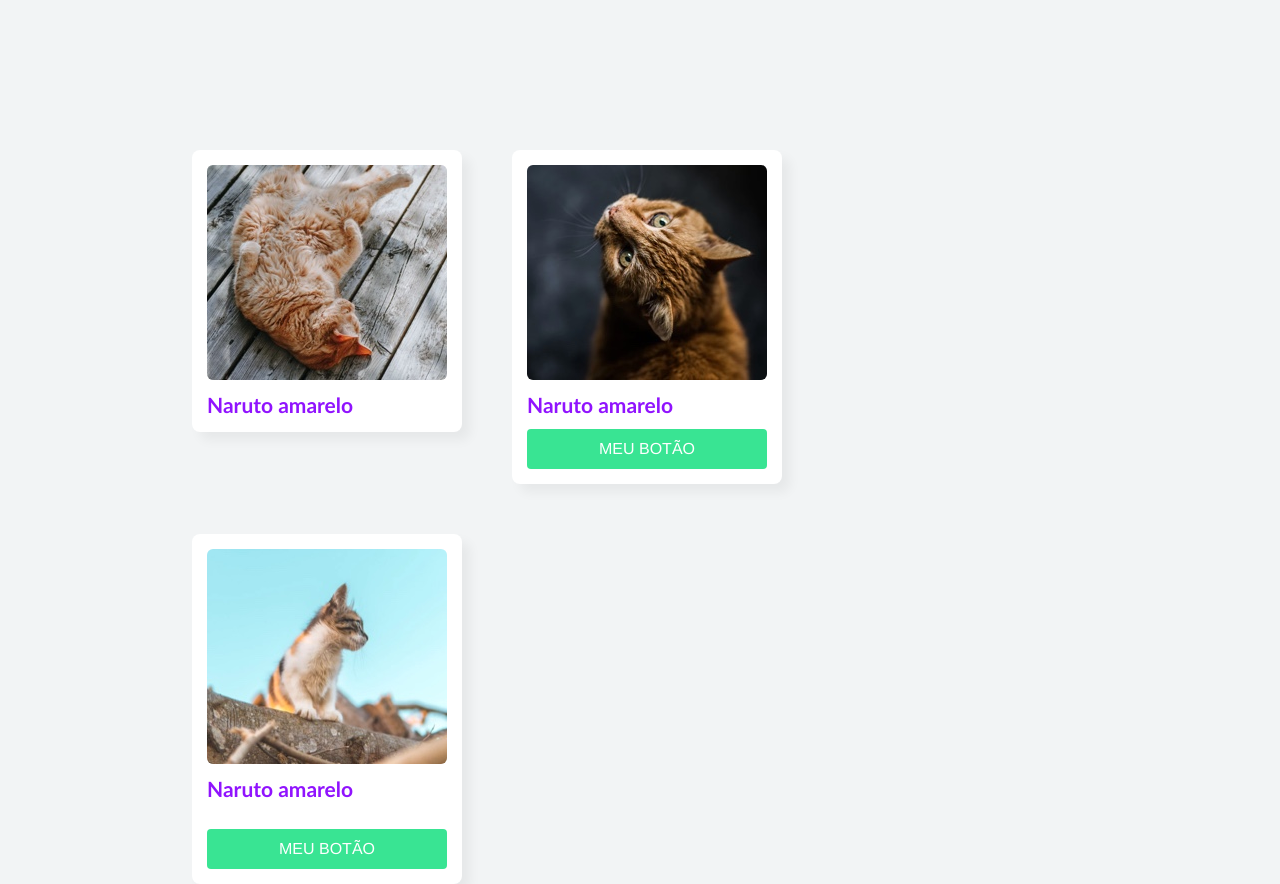
Repository: alessandradiamantino/Curso-Front-End-Design
Page: 1 - Introdução ao HTML e CSS/2 - Exercício CSS/01/codesignerspro-arquivos-exercicio-css-02/codesignerspro-arquivos-exercicio-css-02/index.html
The author's editor kept a copy of each file at every save. The page is drawn from the files as they stood at one save, then again after the next save.
The browser window is 1280 px wide. The pictures show the whole page.

Above is the page before, as saved 2023-04-22 09:52:03.

After the next save:
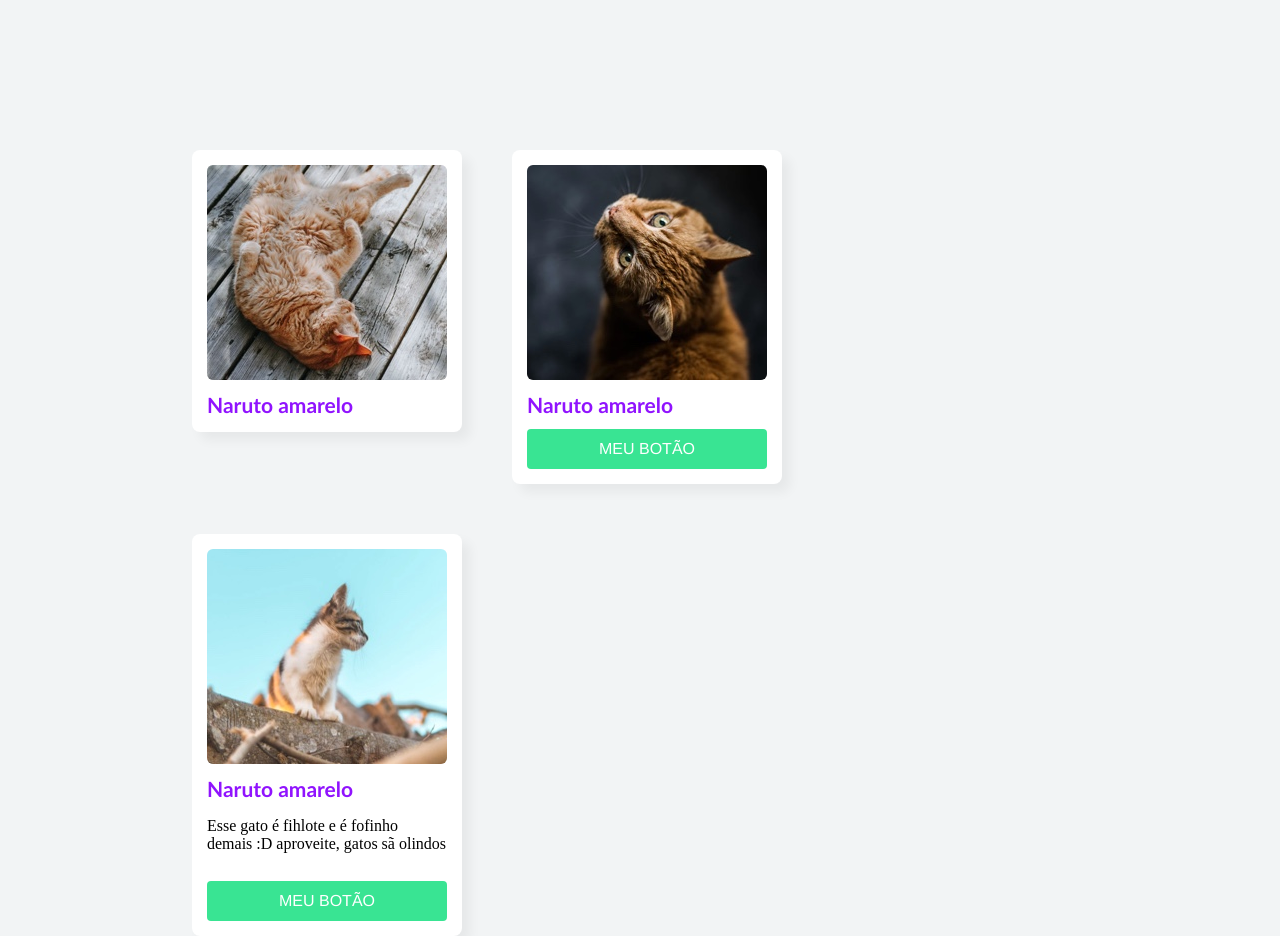
Saved 16 s later.
--- a/1 - Introdução ao HTML e CSS/2 - Exercício CSS/01/codesignerspro-arquivos-exercicio-css-02/codesignerspro-arquivos-exercicio-css-02/index.html
+++ b/1 - Introdução ao HTML e CSS/2 - Exercício CSS/01/codesignerspro-arquivos-exercicio-css-02/codesignerspro-arquivos-exercicio-css-02/index.html
@@ -49,7 +49,7 @@
     />
     <div class="card-body">
       <h1>Naruto amarelo</h1>
-      <p></p>
+      <p>Esse gato é fihlote e é fofinho demais :D aproveite, gatos sã olindos</p>
   </div>
   <div class="card-footer">
    <a href="https://web.whatsapp.com/" class="btn">Meu Botão</a>
